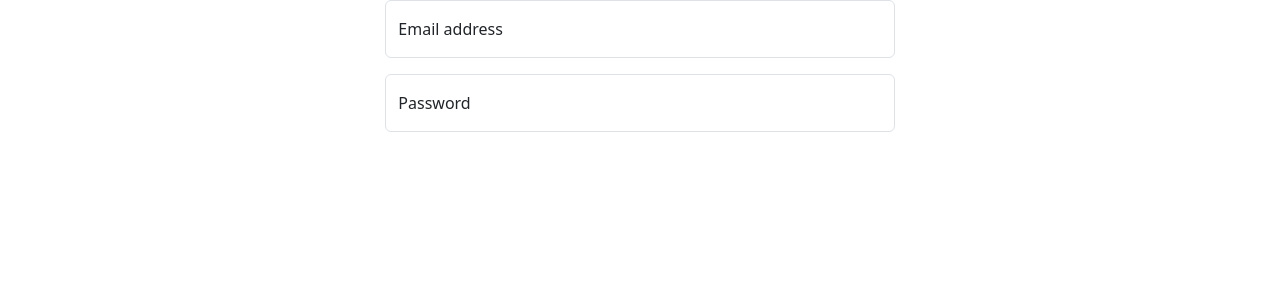
Repository: jaevoy2/lara_demo
Page: http://localhost/
These files come from the project's save history. The page is drawn as it stood at one moment and after the next save; the edit follows.
The browser window is 1280 px wide. The pictures show the whole page.
The page is served by the project's Laravel application, run on PHP 8.4 with Laravel 12.

Above is the page before, as saved 2026-07-06 22:45:28.

After the next save:
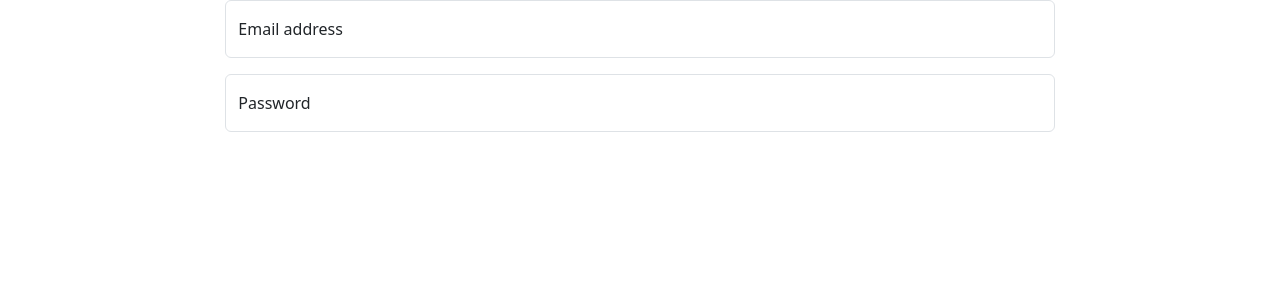
Saved 7 s later.
--- a/resources/views/login.blade.php
+++ b/resources/views/login.blade.php
@@ -2,7 +2,7 @@
 
 @section('content')
 
-    <div class="container d-flex flex-column justify-content-center col-5">
+    <div class="container d-flex flex-column justify-content-center col-8">
         <div class="form-floating mb-3">
             <input type="email" class="form-control" id="floatingInput" placeholder="name@example.com">
                 <label for="floatingInput">Email address</label>
